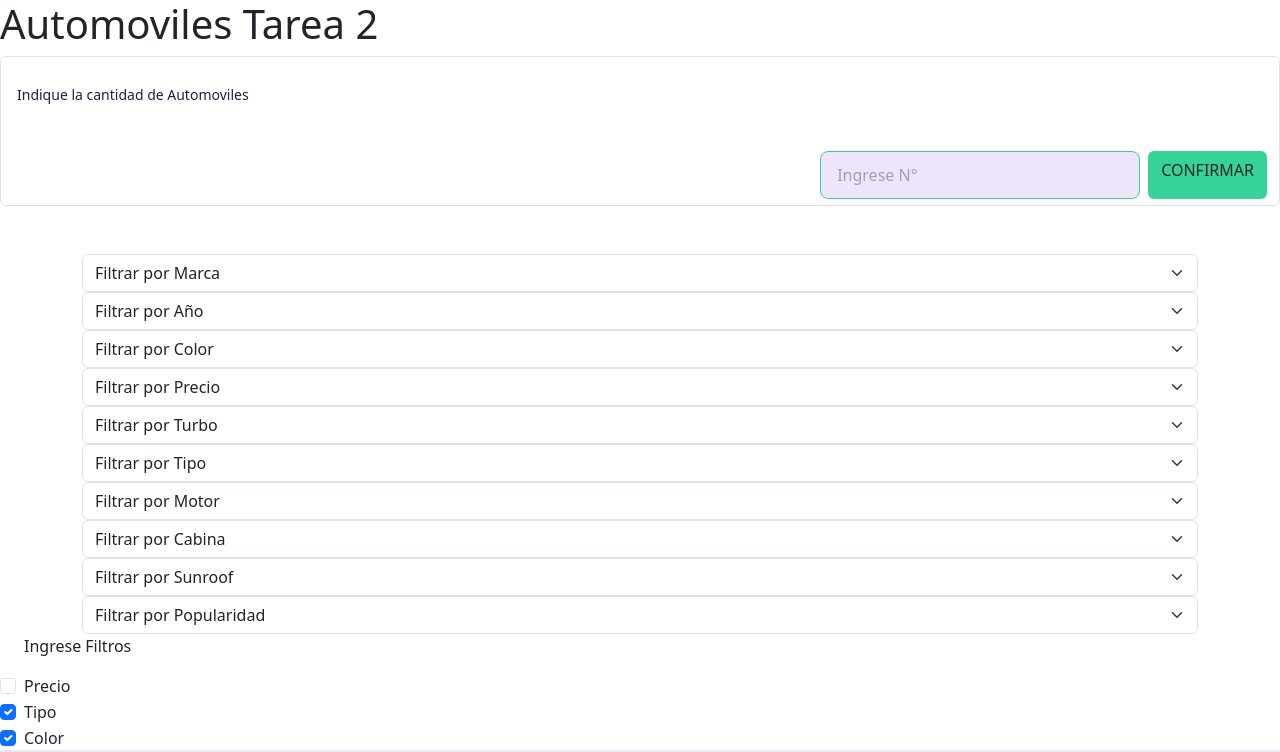
Repository: Claudioxs/Tarea2
Page: /automovil (app in FrontEnd/vue-project/)
These files come from the project's save history. The page is drawn as it stood at one moment and after the next save; the edit follows.
The browser window is 1280 px wide. The pictures show the whole page.
The project was rebuilt for these pictures with package versions that can differ from the ones it lists, and the page was loaded fresh each time. Also part of the build but not shown: FrontEnd/vue-project/vite.config.js, FrontEnd/vue-project/src/components/HelloWorld.vue.

Above is the page before, as saved 2023-05-22 23:22:48.

### FrontEnd/vue-project/src/main.js


import { createApp } from 'vue'
import App from './App.vue'
import router from './router'
import './style.css'
import 'bootstrap/dist/css/bootstrap.css'
import bootstrap from 'bootstrap/dist/js/bootstrap.bundle.js'

const app = createApp(App)

app.use(router,bootstrap)

app.mount('#app')

### FrontEnd/vue-project/src/App.vue
<script setup>
import { RouterLink, RouterView } from 'vue-router'
import HelloWorld from './components/HelloWorld.vue'
</script>

<template>

  <RouterView />
</template>

<style scoped>

</style>

### FrontEnd/vue-project/src/router/index.js
import { createRouter, createWebHistory } from 'vue-router'

import Automovil from '../views/Automovil.vue'

const router = createRouter({
  history: createWebHistory(import.meta.env.BASE_URL),
  routes: [

    {
      path: '/automovil',
      name: 'automovil',
      component: Automovil
    }
  ]
})

export default router

### FrontEnd/vue-project/src/views/Automovil.vue
<template>



<h1 >Automoviles Tarea 2</h1>

<div class="form-control ">
  <label class="label">
    <span class="label-text">Indique la cantidad de Automoviles </span>
    <br><br>

  </label>
 <div class="modal-action"  >
  <input type="number" placeholder="Ingrese N°" class="input input-bordered input-success w-full max-w-xs" />
    <label for="ModalBorrar"  @click="crearAutomovil(label-text)" class="btn" style="background-color: #36D399">Confirmar</label>
  </div>
</div>
<br><br>
<div class="container">
<select class="form-select" aria-label="Default select example" aria-expanded="false">
  <option selected>Filtrar por Marca</option>
  <option value="1">Marca</option>
  <option value="2">Año</option>

</select>
<select class="form-select" aria-label="Default select example">
  <option selected>Filtrar por Año</option>
  <option value="1">Marca</option>
  <option value="2">Año</option>

</select>
<select class="form-select" aria-label="Default select example">
  <option selected>Filtrar por Color</option>
  <option value="1">Rojo</option>
  <option value="2">Blanco</option>
  <option value="3">Negro</option>
  <option value="4">Azul</option>
  <option value="5">Amarillo</option>

</select>
<select class="form-select" aria-label="Default select example">
  <option selected>Filtrar por Precio</option>
  <option value="1">Marca</option>
  <option value="2">Año</option>

</select>
<select class="form-select" aria-label="Default select example">
  <option selected>Filtrar por Turbo</option>
  <option value="1">Marca</option>
  <option value="2">Año</option>

</select>
<select class="form-select" aria-label="Default select example">
  <option selected>Filtrar por Tipo</option>
  <option value="1">Marca</option>
  <option value="2">Año</option>

</select>
<select class="form-select" aria-label="Default select example">
  <option selected>Filtrar por Motor</option>
  <option value="1">Marca</option>
  <option value="2">Año</option>

</select>
<select class="form-select" aria-label="Default select example">
  <option selected>Filtrar por Cabina</option>
  <option value="1">Marca</option>
  <option value="2">Año</option>

</select>
<select class="form-select" aria-label="Default select example">
  <option selected>Filtrar por Sunroof</option>
  <option value="1">Marca</option>
  <option value="2">Año</option>

</select>
<select class="form-select" aria-label="Default select example">
  <option selected>Filtrar por Popularidad</option>
  <option value="1">Marca</option>
  <option value="2">Año</option>

</select>
</div>

<div class="form-check">
    <p class="text-start">Ingrese Filtros</p>

  <input class="form-check-input" type="checkbox" value="" id="flexCheckDefault">
  <label class="form-check-label" for="flexCheckDefault">
  Precio
  </label>
</div>
<div class="form-check">
  <input class="form-check-input" type="checkbox" value="" id="flexCheckChecked" checked>
  <label class="form-check-label" for="flexCheckChecked">
    Tipo
  </label>
</div>
  <div class="form-check">
  <input class="form-check-input" type="checkbox" value="" id="flexCheckColor" checked>
  <label class="form-check-label" for="flexCheckColor">
    Color
  </label>
</div>


</template>

<style>
.container{
   margin-left: 5px;
   padding-right: 900px;

}
.modal-action{
  display: block;
}


</style>

<script>
import axios from 'axios'

export default {

  data: () => ({


  }),

  methods: {

    cearAutomovil(cant){
     axios({
       method: "GET",
       url: "http://localhost:8080/automovil/generate?cantidad="+cant,

       }).then((res) => {
        alert(
         "Automoviles creados"
        )
       }).catch((err) => console.log(err));
    },

    //filtramos por color
    filtrarColor(col){
      axios({
       method: "GET",
       url: "http://localhost:8080/automovil/buscarPorColor?color="+col,

       }).then((res) => {
        alert(
         "Periodo Añadido correctamente a asignatura"
        )
       }).catch((err) => console.log(err));
    }
   }

}

</script>

### FrontEnd/vue-project/tailwind.config.js
/** @type {import('tailwindcss').Config} */
module.exports = {
  daisyui: {
    themes: [
      {
        mytheme: {

            "primary": "#1D0027",

            "secondary": "#A181E2",

            "accent": "#37CDBE",

            "neutral": "#D9D9D9",

            "base-100": "#EDE6FA",

            "info": "#3ABFF8",

            "success": "#36D399",

            "warning": "#FBBD23",

            "error": "#F87272",
        },
      },
    ],
  },
  content: ["./index.html","./src/**/*.{vue,js,ts,jsx,tsx}"],
  theme: {
    extend: {},
  },
  plugins: [require("daisyui")],
}

Loaded but not shown: FrontEnd/vue-project/index.html (common file); FrontEnd/vue-project/src/style.css (common file)

After the next save:
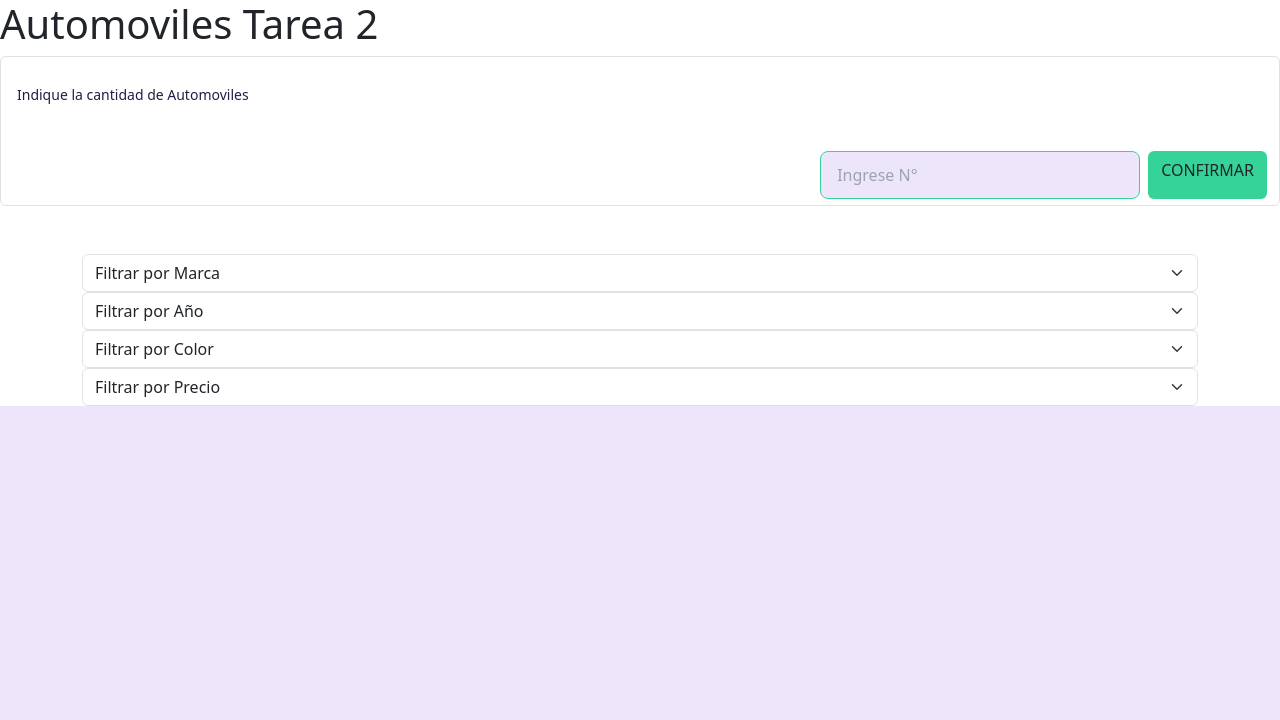
Saved 7 min 0 s later.
--- a/FrontEnd/vue-project/src/views/Automovil.vue
+++ b/FrontEnd/vue-project/src/views/Automovil.vue
@@ -25,8 +25,9 @@
 </select>
 <select class="form-select" aria-label="Default select example">
   <option selected>Filtrar por Año</option>
-  <option value="1">Marca</option>
-  <option value="2">Año</option>
+  <option value="1">Sedan</option>
+  <option value="2">Camioneta</option>
+  <option value="3">SUV</option>
 
 </select>
 <select class="form-select" aria-label="Default select example">
@@ -44,64 +45,13 @@
   <option value="2">Año</option>
 
 </select>
-<select class="form-select" aria-label="Default select example">
-  <option selected>Filtrar por Turbo</option>
-  <option value="1">Marca</option>
-  <option value="2">Año</option>
 
-</select>
-<select class="form-select" aria-label="Default select example">
-  <option selected>Filtrar por Tipo</option>
-  <option value="1">Marca</option>
-  <option value="2">Año</option>
 
-</select>
-<select class="form-select" aria-label="Default select example">
-  <option selected>Filtrar por Motor</option>
-  <option value="1">Marca</option>
-  <option value="2">Año</option>
 
-</select>
-<select class="form-select" aria-label="Default select example">
-  <option selected>Filtrar por Cabina</option>
-  <option value="1">Marca</option>
-  <option value="2">Año</option>
 
-</select>
-<select class="form-select" aria-label="Default select example">
-  <option selected>Filtrar por Sunroof</option>
-  <option value="1">Marca</option>
-  <option value="2">Año</option>
-
-</select>
-<select class="form-select" aria-label="Default select example">
-  <option selected>Filtrar por Popularidad</option>
-  <option value="1">Marca</option>
-  <option value="2">Año</option>
-
-</select>
 </div>
 
-<div class="form-check">
-    <p class="text-start">Ingrese Filtros</p>
 
-  <input class="form-check-input" type="checkbox" value="" id="flexCheckDefault">
-  <label class="form-check-label" for="flexCheckDefault">
-  Precio
-  </label>
-</div>
-<div class="form-check">
-  <input class="form-check-input" type="checkbox" value="" id="flexCheckChecked" checked>
-  <label class="form-check-label" for="flexCheckChecked">
-    Tipo
-  </label>
-</div>
-  <div class="form-check">
-  <input class="form-check-input" type="checkbox" value="" id="flexCheckColor" checked>
-  <label class="form-check-label" for="flexCheckColor">
-    Color
-  </label>
-</div>
 
 
 </template>
